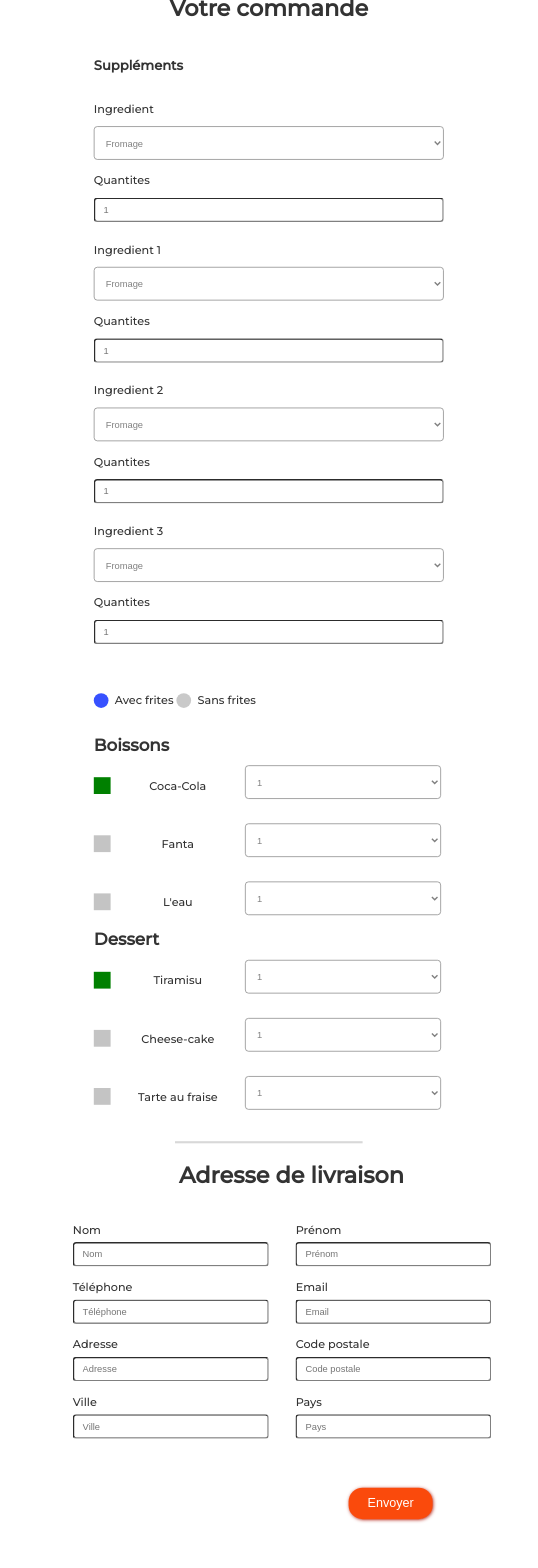
Repository: sisilass31/bella-olonje
Page: html/commande.html
These files come from the project's save history. The page is drawn as it stood at one moment and after a run of saves; the edit follows.
The browser window is 768 px wide. The pictures show the part of the page from y = 1186 to 3426 px (the page is 3426 px tall before and 3376 px after), at 70% of full size.
Some web libraries are served in a nearby version.

Above is the page before, as saved 2023-02-15 09:11:55.

After the next 5 saves:
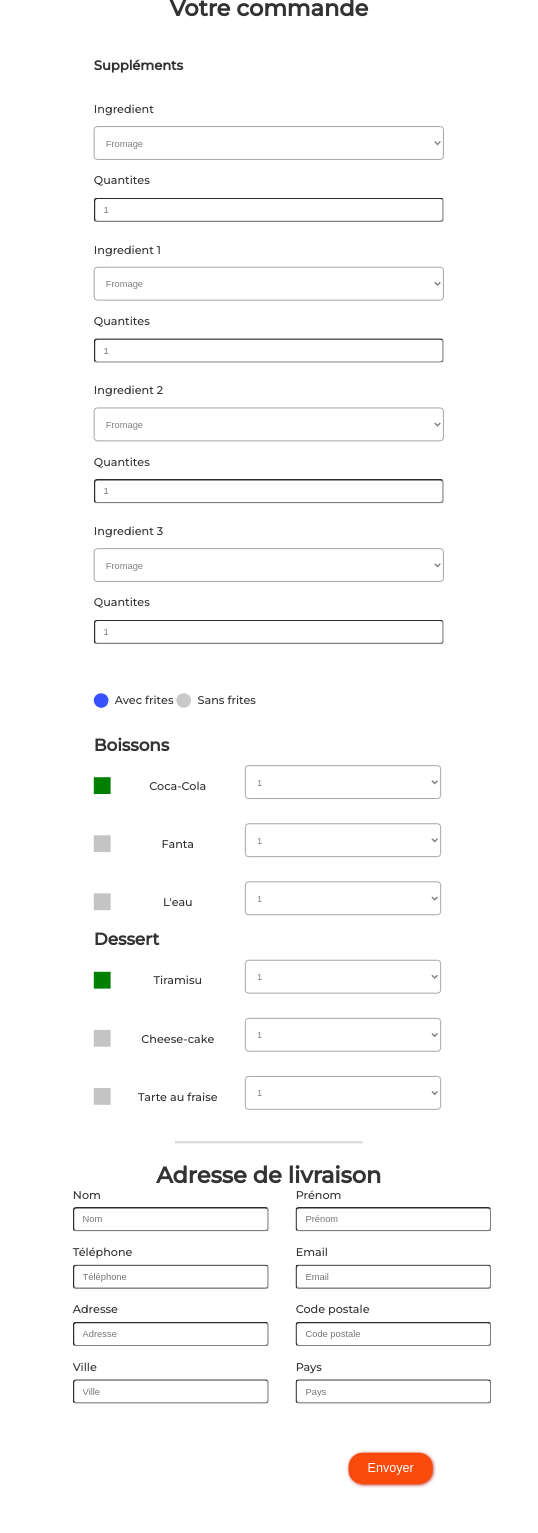
The 5 saves are shown as one change because they came seconds apart.
The last was saved 10 s later.
--- a/css/commande.css
+++ b/css/commande.css
@@ -483,7 +483,7 @@ button {
     }
     .livraison h1 {
         padding:0;
-        padding-bottom: 50px;
+       margin: 0;: 50px;
         display: flex;
         justify-content: center;
         }
